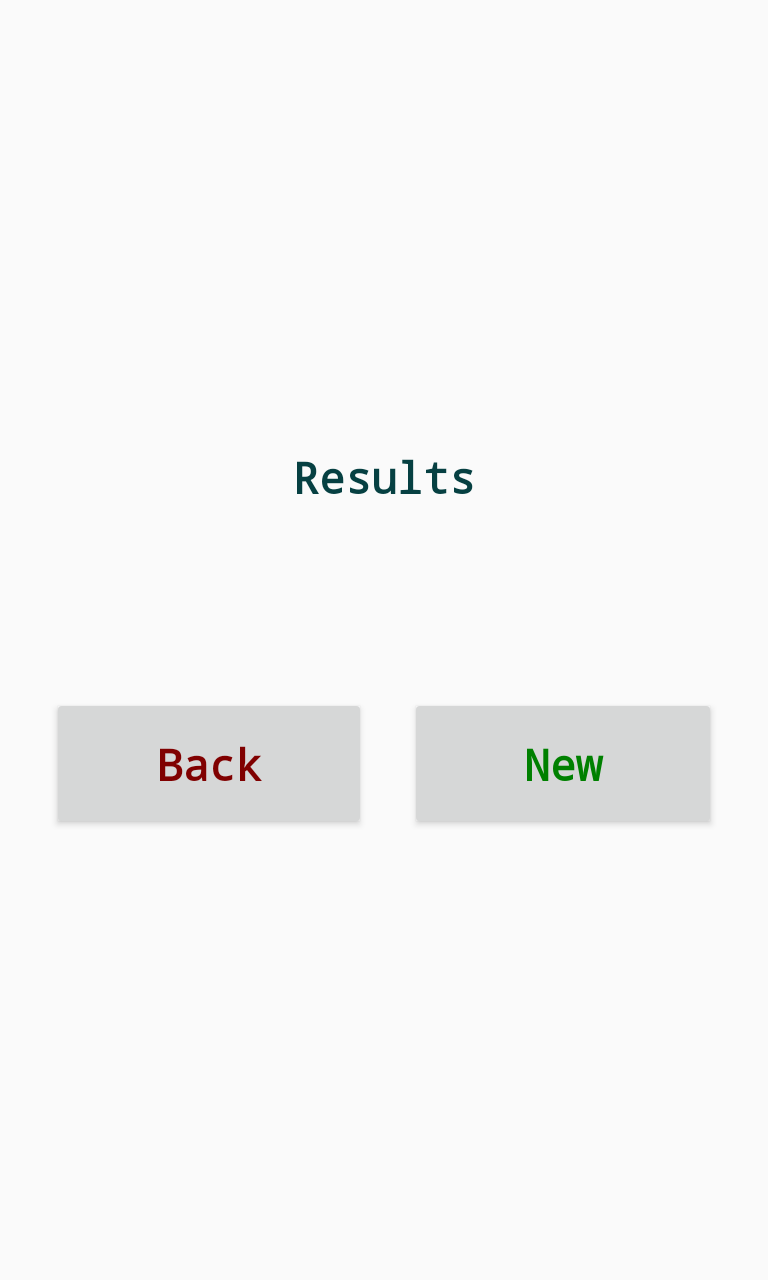
Repository: rontejada1991/Combinations-and-Permutations-Android-App
Layout: combinations/res/layout/activity_result.xml
These files come from the project's save history. The layout is drawn as it stood at one moment and after the next save; the edit follows.
It is drawn on a 768 x 1280 px phone screen (xhdpi) without system bars, with theme AppTheme; the app's code is not run.

Above is the layout before, as saved 2014-11-07 21:36:04.

After the next save:
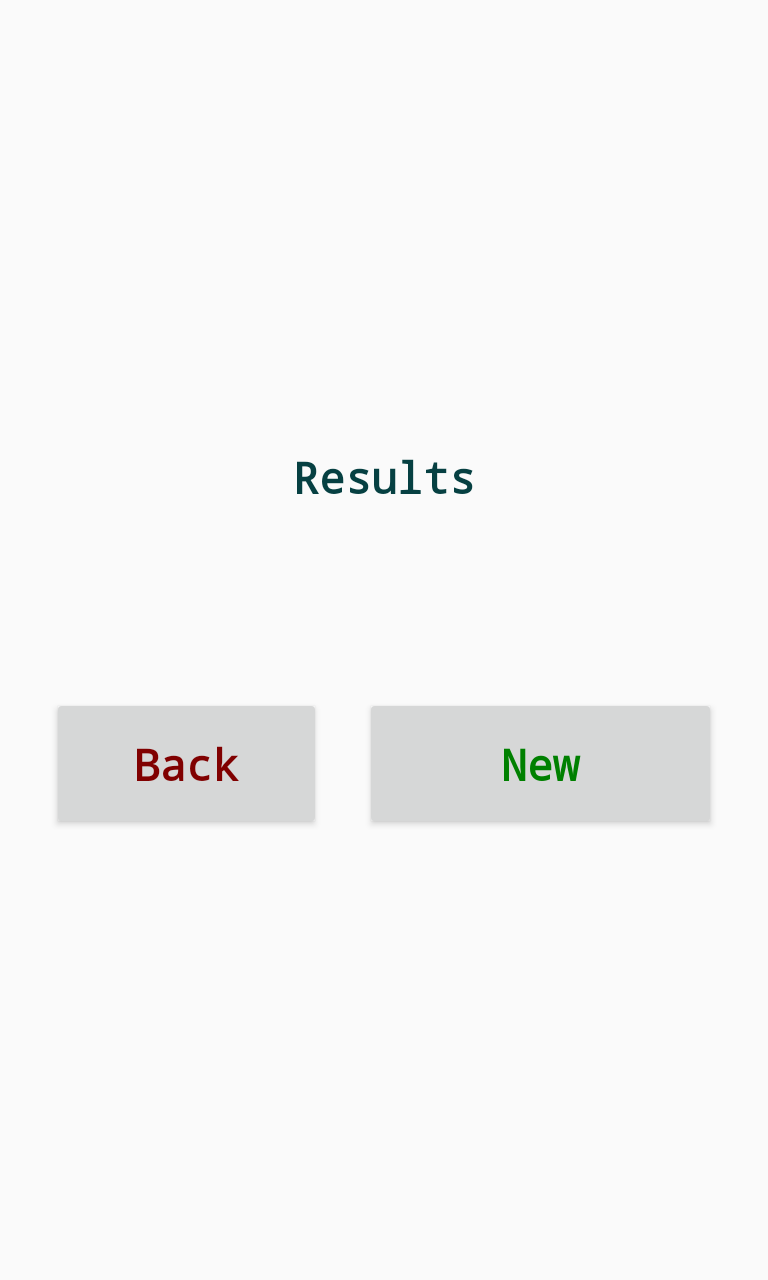
Saved 26 s later.
--- a/combinations/res/layout/activity_result.xml
+++ b/combinations/res/layout/activity_result.xml
@@ -52,7 +52,7 @@
         style="@style/CodeFont"
         android:text="New"
         android:padding="20dp"
-        android:layout_weight="1"
+        android:layout_weight="2"
         android:textColor="#008000"
         android:layout_marginLeft="10dp"
         android:onClick="onNextPressed" />

After the 2 saves that followed:
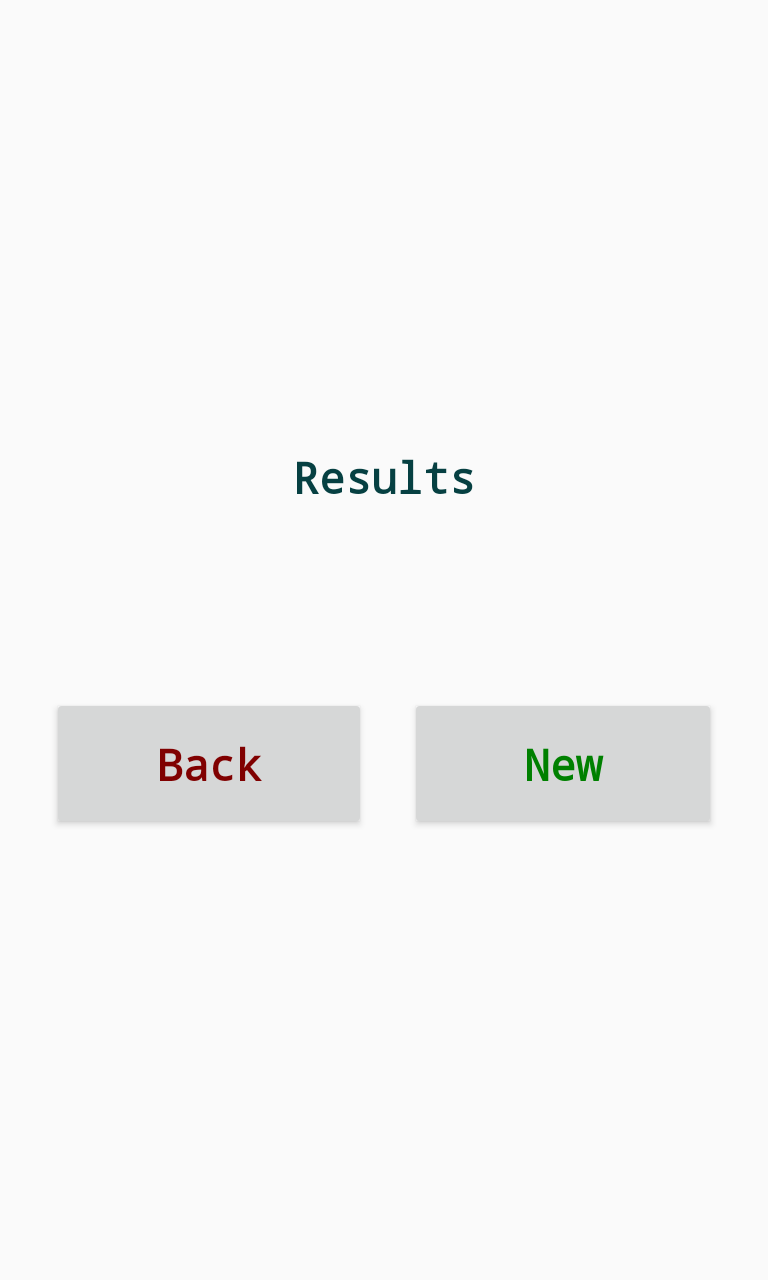
The 2 saves are shown as one change because they came seconds apart.
The last was saved 13 s later.
--- a/combinations/res/layout/activity_result.xml
+++ b/combinations/res/layout/activity_result.xml
@@ -52,7 +52,7 @@
         style="@style/CodeFont"
         android:text="New"
         android:padding="20dp"
-        android:layout_weight="2"
+        android:layout_weight="1"
         android:textColor="#008000"
         android:layout_marginLeft="10dp"
         android:onClick="onNextPressed" />
